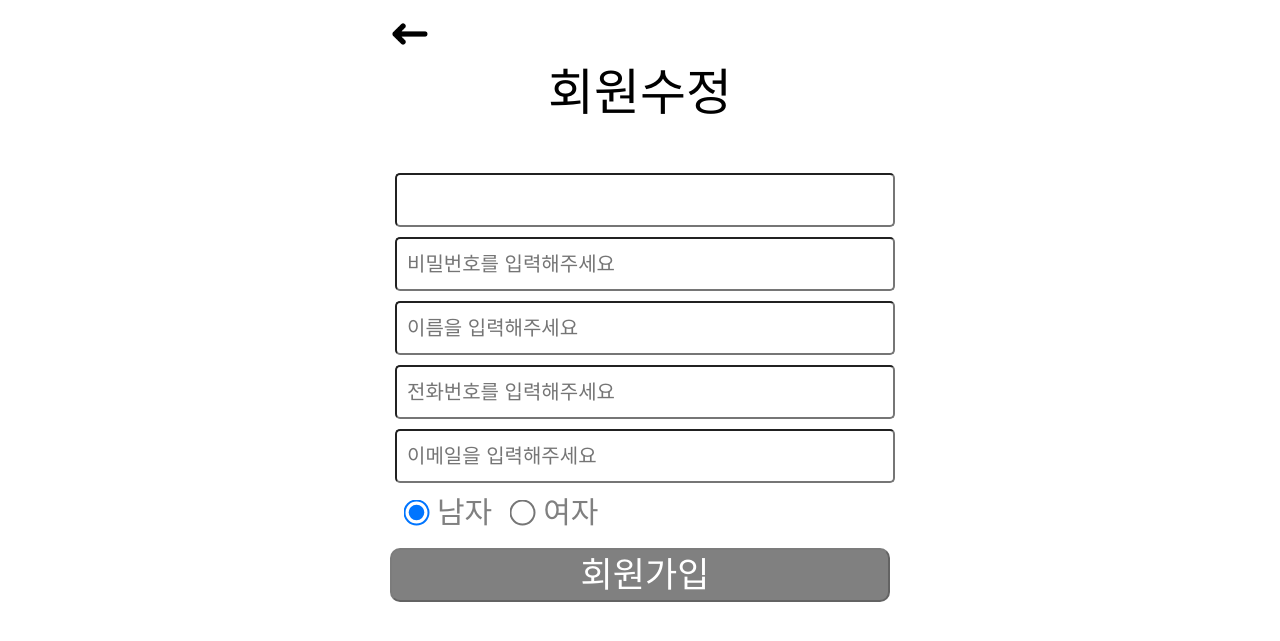
Repository: jaehunjeong4103/WebProject
Page: http://localhost/Web/view/member/update
These files come from the project's save history. The page is drawn as it stood at one moment and after the next save; the edit follows.
The browser window is 1280 px wide. The pictures show the whole page.
Some web fonts or font styles are not loaded; a fallback is used. The page is served by Tomcat 9. Other server files are loaded and not shown.

Above is the page before, as saved 2023-06-05 09:03:26.

### Web/src/main/webapp/WEB-INF/view/member/update.jsp
<%@ page language="java" contentType="text/html; charset=UTF-8"
    pageEncoding="UTF-8"%>
<%@ taglib prefix="c" uri="http://java.sun.com/jsp/jstl/core"%>

<!DOCTYPE html>
<html>
	<head>
		<link rel="preconnect" href="https://fonts.googleapis.com">
		<link rel="preconnect" href="https://fonts.gstatic.com" crossorigin="crossorigin">
		<link href="https://fonts.googleapis.com/css2?family=Gowun+Dodum&family=Song+Myung&display=swap" rel="stylesheet">
		<link href="../../css/register.css?after" type="text/css" rel="stylesheet" />
		<meta charset="UTF-8">
		<title>Insert title here</title>
	</head>
	<body>
		<header>
			<div id="arrow_body">
				<button onclick="history.back()"><image src="../../images/direction-arrow.png" alt="화살표" id="arrow"/></button>
				<div id="title">회원수정</div>
			</div>
		</header>
		<form action="register" method="post">
			<section>
				<input type="text"  class="input_text id" name="ID" value="${member.id}">
			  </input>
				<input type="text" placeholder="비밀번호를 입력해주세요" class="input_text password" name="PASSWORD" value="${member.password}">
			  <input type="text" placeholder="이름을 입력해주세요" class="input_text name" name="NAME" value="${member.name}">
				<input type="text" placeholder="전화번호를 입력해주세요" class="input_text phone" name="PHONE" value="${member.phone}">
				<input type="text" placeholder="이메일을 입력해주세요" class="input_text email" name="EMAIL" value="${member.email}">

			  	<c:choose>
			  		<c:when test="${member == male}">
			  		<input style="scale:2" type="radio" name="GENDER" id="male" value="male" checked="checked">
			    	<label for="male">남자</label>
			    	<input style="scale:2" type="radio" name="GENDER" id="female" value="female">
			    	<label for="female">여자</label>
			  		</c:when>
			  		<c:when test="${member == female}">
			  		<input style="scale:2" type="radio" name="GENDER" id="male" value="male">
			    	<label for="male">남자</label>
			    	<input style="scale:2" type="radio" name="GENDER" id="female" value="female" checked="checked">
			    	<label for="female">여자</label>
			  		</c:when>
			  	</c:choose>

		    	<input type="submit" value="회원가입" id="register_button" class="button">
			</section>
		</form>

		<script>
			let id = document.querySelector(".id");
			let password = document.querySelector(".password");
			let name = document.querySelector(".name");
			let phone = document.querySelector(".phone");
			let email = document.querySelector(".email");
			let button = document.querySelector("#register_button");
			button.disabled = true;

			id.addEventListener('keyup', activeEvent);
			password.addEventListener('keyup', activeEvent);
			name.addEventListener('keyup', activeEvent);
			phone.addEventListener('keyup', activeEvent);
			email.addEventListener('keyup', activeEvent);

			function activeEvent() {
				if(id.value == '' || password.value == '' || name.value == '' || phone.value == '' || email.value == ''){
					button.disabled = true;
				}else
					button.disabled = false;
				}

		</script>
	</body>
</html>

### Web/src/main/java/controller/member/Member_update_controller.java
package controller.member;

import java.io.IOException;
import java.util.List;

import javax.servlet.ServletException;
import javax.servlet.annotation.WebServlet;
import javax.servlet.http.HttpServlet;
import javax.servlet.http.HttpServletRequest;
import javax.servlet.http.HttpServletResponse;
import javax.servlet.http.HttpSession;

import entity.Member;
import service.MemberService;

@WebServlet("/view/member/update")
public class Member_update_controller extends HttpServlet{
	@Override
	protected void doGet(HttpServletRequest request, HttpServletResponse response) throws ServletException, IOException {
		request.getRequestDispatcher("/WEB-INF/view/member/update.jsp").forward(request, response);
	}

	@Override
	protected void doPost(HttpServletRequest request, HttpServletResponse response) throws ServletException, IOException {
		request.setCharacterEncoding("UTF-8");
		HttpSession session = request.getSession();
		String id = (String)session.getAttribute("logIn_id");
		MemberService member_service = new MemberService();
		Member member = member_service.getMember(id);
		request.setAttribute("member", member);

		System.out.println(member.getName());
		request.getRequestDispatcher("/WEB-INF/view/member/update.jsp").forward(request, response);
	}
}

### Web/src/main/webapp/css/register.css
@charset "UTF-8";
* {padding: 0; margin: 0;}

button {border-width: 0;}

body {
	width: 500px;
	margin: auto;
	position: relative;
}

a#id_check {
	position: absolute;
	top: 191px;
	right: 10px;
}

img#arrow {
	width: 40px;
	height: 40px;
	position: absolute;
	transform: rotate(180deg);
}

div#title {
	font-size: 50px;
	text-align: center;
	line-height: 150px;
}

#section {
	margin-bottom: 20px;
	display: flex;
	flex-direction: row;
	justify-content: space-between;
}

label {
	width: 50%;
	font-size: 30px;
	line-height: 50px;
	text-align: center;
	color: gray;
	margin-left: 10px;
	margin-right: 20px;
}

input#male{
	margin-left: 20px;
}

input#male, input#female {
	position: relative;
	top: -4.5px;
}

.input_text {
	width: 100%;
	font-size: 20px;
	line-height: 50px;
	border-radius: 5px;
	padding-left: 10px;
	box-sizing: border-box;
	margin: 5px;
}

.button {
	width: 100%;
	margin: auto;
	margin-top: 10px;
	background-color: rgb(169, 89, 245);
	border-radius: 10px;
	text-align: center;
	font-size: 35px;
	color: azure;
	line-height: 50px;
	padding-left: 10px;
	box-sizing: border-box;
}

#register_button:disabled input type:submit{
	background-color: gray;
}

button:hover {cursor: pointer;}

.button:hover {cursor: pointer;}
.button:disabled {background-color: gray; color: white;}

a {
	color: black; text-decoration-line: none;
}

After the next save:
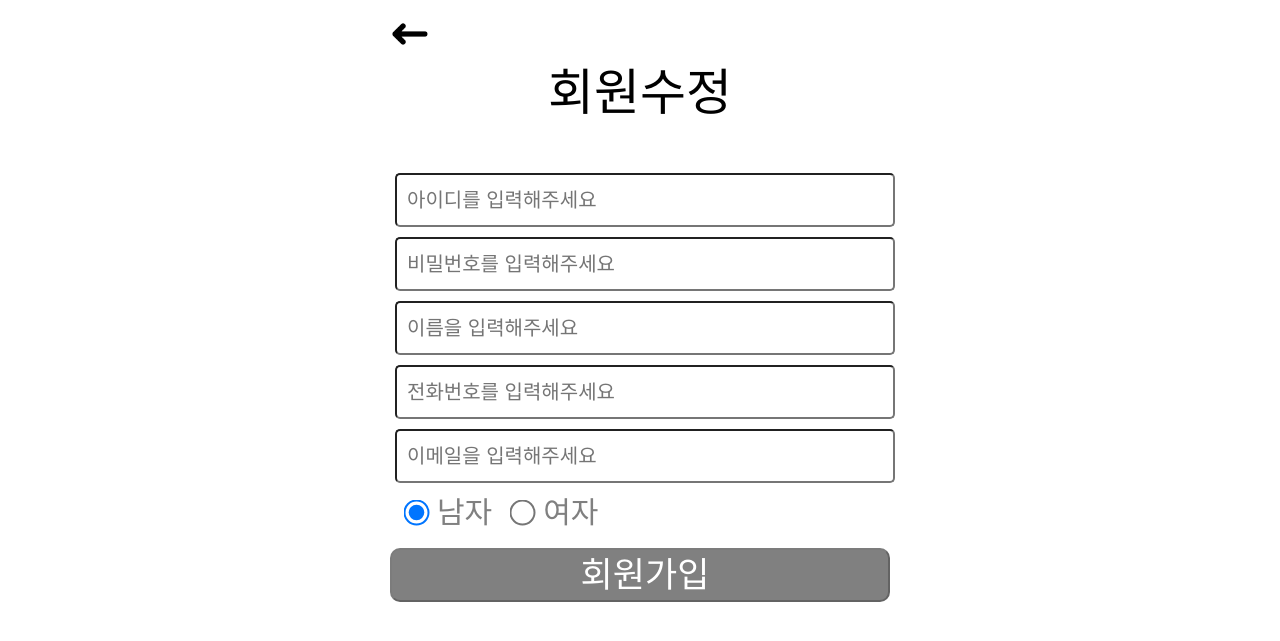
Saved 17 min 8 s later.
--- a/Web/src/main/webapp/WEB-INF/view/member/update.jsp
+++ b/Web/src/main/webapp/WEB-INF/view/member/update.jsp
@@ -19,9 +19,10 @@
 				<div id="title">회원수정</div>
 			</div>
 		</header>
+
 		<form action="register" method="post">
 			<section>
-				<input type="text"  class="input_text id" name="ID" value="${member.id}">
+				<input type="text" placeholder="아이디를 입력해주세요" class="input_text id" name="ID" value="${member.id}">
 			  </input>
 				<input type="text" placeholder="비밀번호를 입력해주세요" class="input_text password" name="PASSWORD" value="${member.password}">
 			  <input type="text" placeholder="이름을 입력해주세요" class="input_text name" name="NAME" value="${member.name}">
